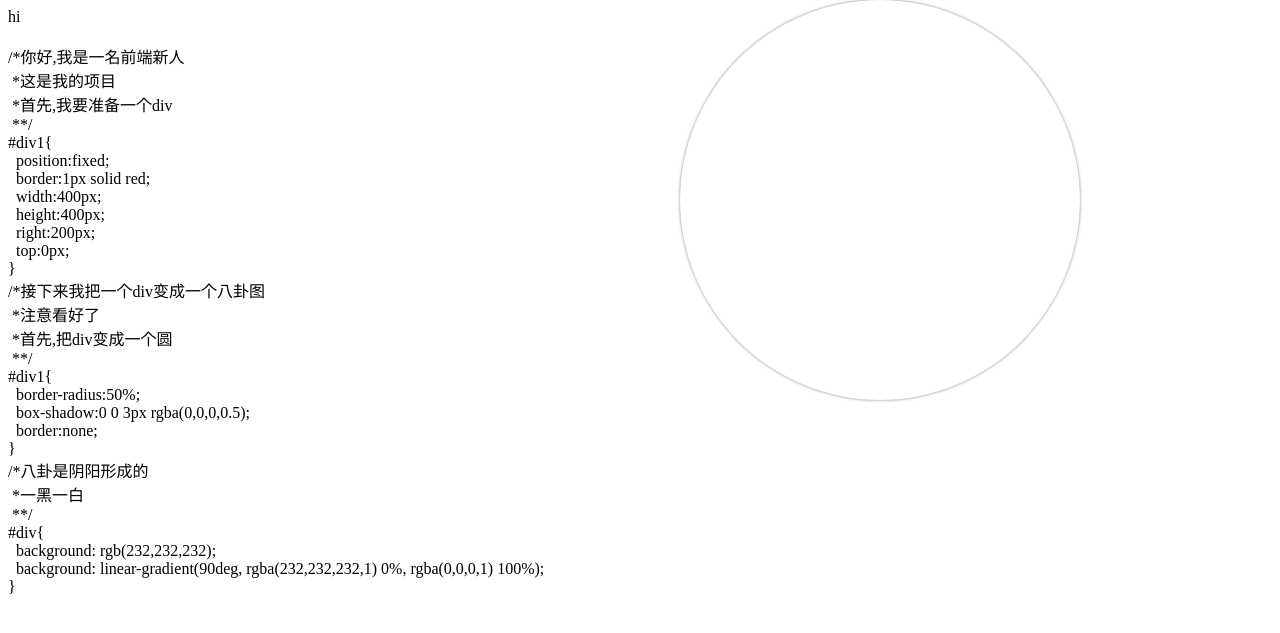
Repository: chenguocan/JS_cv
Page: index.html
An editor plug-in stored every save of this project. The page is shown before and after the next save, followed by the edit.
The browser window is 1280 px wide. The pictures show the whole page.

Above is the page before, as saved 2020-07-29 15:29:37.

### index.html
<!DOCTYPE html>
<html lang="en">
  <head>
    <meta charset="UTF-8" />
    <meta name="viewport" content="width=device-width, initial-scale=1.0" />
    <title>Document</title>
  </head>
  <body>
    hi
    <style id="style"></style>
    <div id="demo"></div>
    <div id="div1"></div>
    <script src="./main.js"></script>
  </body>
</html>

### main.js
let demo = document.querySelector("#demo");
let style = document.querySelector("#style");
let n = 0;
//添加注释,才不会影响CSS的样式。
let string = `
/*你好,我是一名前端新人
 *这是我的项目
 *首先,我要准备一个div
 **/
#div1{
  position:fixed;
  border:1px solid red;
  width:400px;
  height:400px;
  right:200px;
  top:0px;
}
/*接下来我把一个div变成一个八卦图
 *注意看好了
 *首先,把div变成一个圆
 **/
#div1{
  border-radius:50%;
  box-shadow:0 0 3px rgba(0,0,0,0.5);
  border:none;
}
/*八卦是阴阳形成的
 *一黑一白
 **/
#div{
  background: rgb(232,232,232);
  background: linear-gradient(90deg, rgba(232,232,232,1) 0%, rgba(0,0,0,1) 100%);
}
`;
let string2 = "";
// string = string.replace(/\n/g, "<br>"); //正则表达式表示所有回车。
let step = () => {
  setTimeout(() => {
    //如果string等于回车,通过<br>来处理
    if (string[n] === "\n") {
      string2 += "<br>";
    } else if (string[n] === " ") {
      string2 += "&nbsp;";
    } else {
      string2 += string[n];
    }
    demo.innerHTML = string2;
    style.innerHTML = string.substring(0, n);
    if (n < string.length - 1) {
      n += 1;
      step();
    }
  }, 10);
};
step();

After the next save:
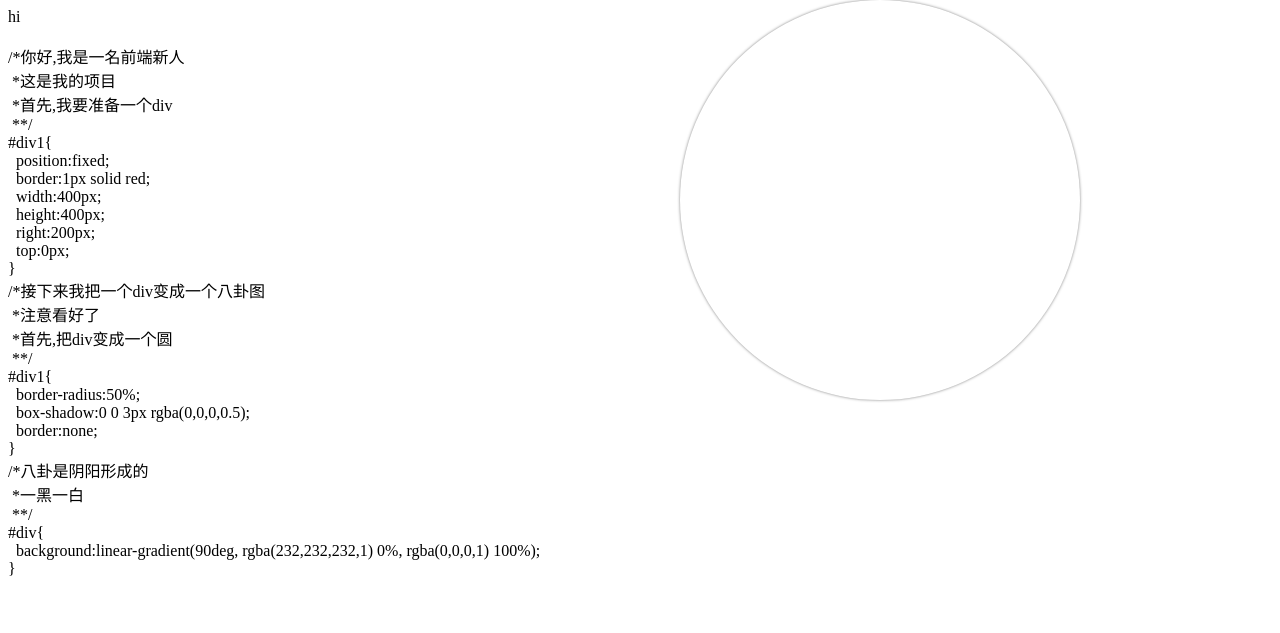
Saved 70 s later.
--- a/main.js
+++ b/main.js
@@ -28,8 +28,7 @@
  *一黑一白
  **/
 #div{
-  background: rgb(232,232,232);
-  background: linear-gradient(90deg, rgba(232,232,232,1) 0%, rgba(0,0,0,1) 100%);
+  background:linear-gradient(90deg, rgba(232,232,232,1) 0%, rgba(0,0,0,1) 100%);
 }
 `;
 let string2 = "";
